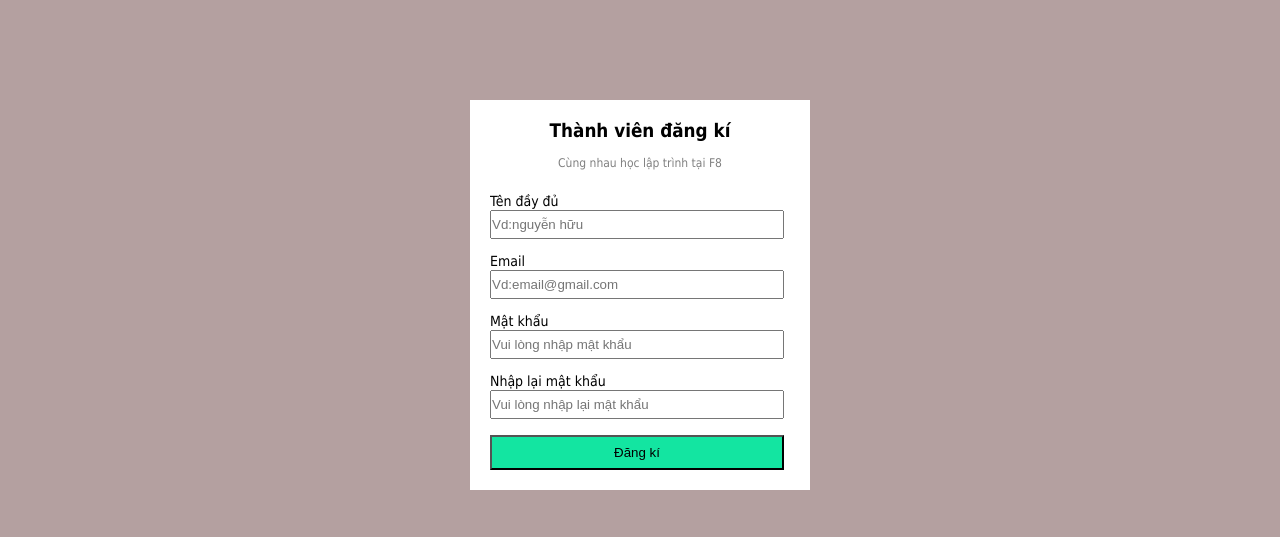
Repository: HuunvDev/Validator
Page: index.html
The author's editor kept a copy of each file at every save. The page is drawn from the files as they stood at one save, then again after the next save.
The browser window is 1280 px wide. The pictures show the whole page.

Above is the page before, as saved 2022-08-20 09:37:13.

### index.html
<!DOCTYPE html>
<html lang="en">
<head>
    <meta charset="UTF-8">
    <meta http-equiv="X-UA-Compatible" content="IE=edge">
    <meta name="viewport" content="width=device-width, initial-scale=1.0">
    <title>validator</title>
    <link rel="stylesheet" href="style.css">
</head>
<body>
    <div class="main">
        <form action="" method="POST" class="form" id="form-1">
            <h3 class="heading">Thành viên đăng kí</h3>
            <p class="desc">Cùng nhau học lập trình tại F8</p>
            <div class="pacer"></div>
            <div class="form-group">
                <label for="fullName" class="form-lable">Tên đầy đủ</label><br>
                <input type="text" id="fullName" name="fullName" placeholder="Vd:nguyễn hữu"><br>
                <span class="form-message"></span>
            </div>
            <div class="form-group">
                <label for="email" class="form-lable">Email</label><br>
                <input type="text" id="email" name="email" placeholder="Vd:email@gmail.com"><br>
                <span class="form-message"></span>
            </div>
            <div class="form-group">
                <label for="password" class="form-lable">Mật khẩu</label><br>
                <input type="text" id="password" name="password" placeholder="Vui lòng nhập mật khẩu"><br>
                <span class="form-message"></span>
            </div>
            <div class="form-group">
                <label for="password_confirmation" class="form-lable">Nhập lại mật khẩu</label><br>
                <input type="text" id="password_confirmation" name="password_confirmation" placeholder="Vui lòng nhập lại mật khẩu"><br>
                <span class="form-message"></span>
            </div>
           <button class="form-submit">Đăng kí</button>
        </form>
    </div>
    <script src="main.js"></script>
</body>
</html>

### style.css

*{
    margin:0;
    padding:0;
    overflow: hidden;
}
body{
    background-color:rgb(180, 160, 160);
}
.main {
    width: 300px;
    box-shadow: 0 0 0 rgb(0 0 0 / 10%);
    margin: auto;
    margin-top: 100px;
    padding: 20px;
    background-color: #fff;
    font-family: tahoma;
}
h3.heading {
    text-align: center;
}
p.desc {
    text-align: center;
    font-size: 12px;
    color: grey;
    padding: 15px 0;
}
.form-group {
    padding: 6px 0;
}

label.form-lable {
    font-size: 14px;
}
input {
    width: 290px;
    height: 25px;
}
input:hover{
    border-color: rgb(129, 166, 166);
}
button{
    padding:8px 0;
    width:294px;
    background-color: rgb(19 229 161);
    margin-top:10px;
}
span.form-message {
    font-size: 12px;
    color: #d76f6f;
}

### main.js
var fullName = document.getElementById('fullName');
var message = document.getElementsByClassName("form-message");
fullName.onblur = function(){
    if(!fullName.value){
        message.innerText ="Vui lòng nhập trường này";
    }
}

After the next save:
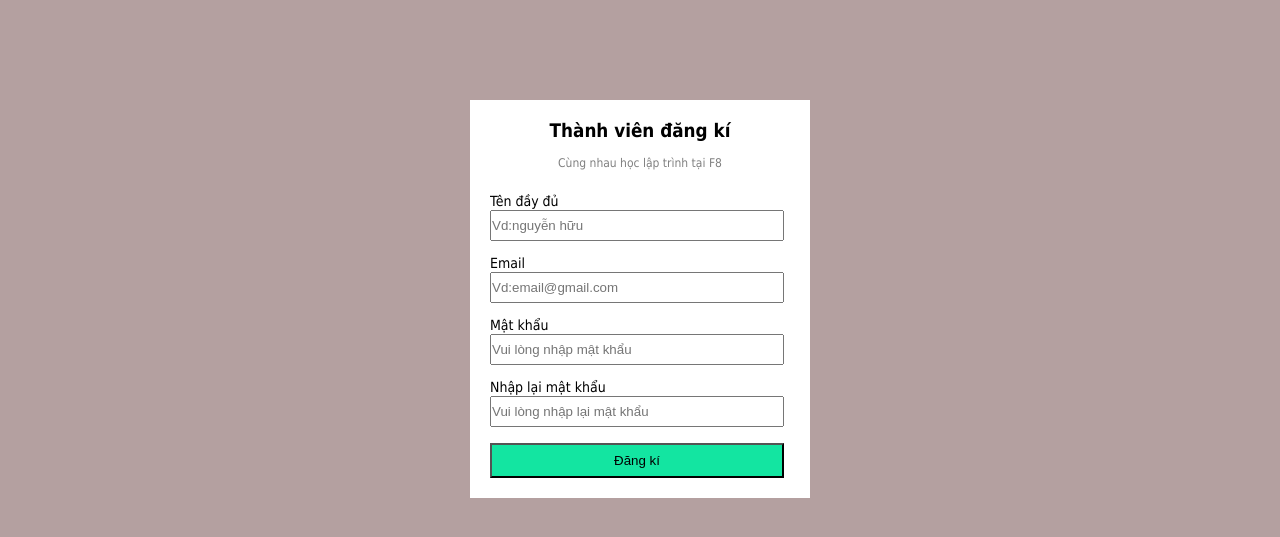
Saved 21 s later.
--- a/style.css
+++ b/style.css
@@ -34,7 +34,7 @@ label.form-lable {
 }
 input {
     width: 290px;
-    height: 25px;
+    height: 27px;
 }
 input:hover{
     border-color: rgb(129, 166, 166);
